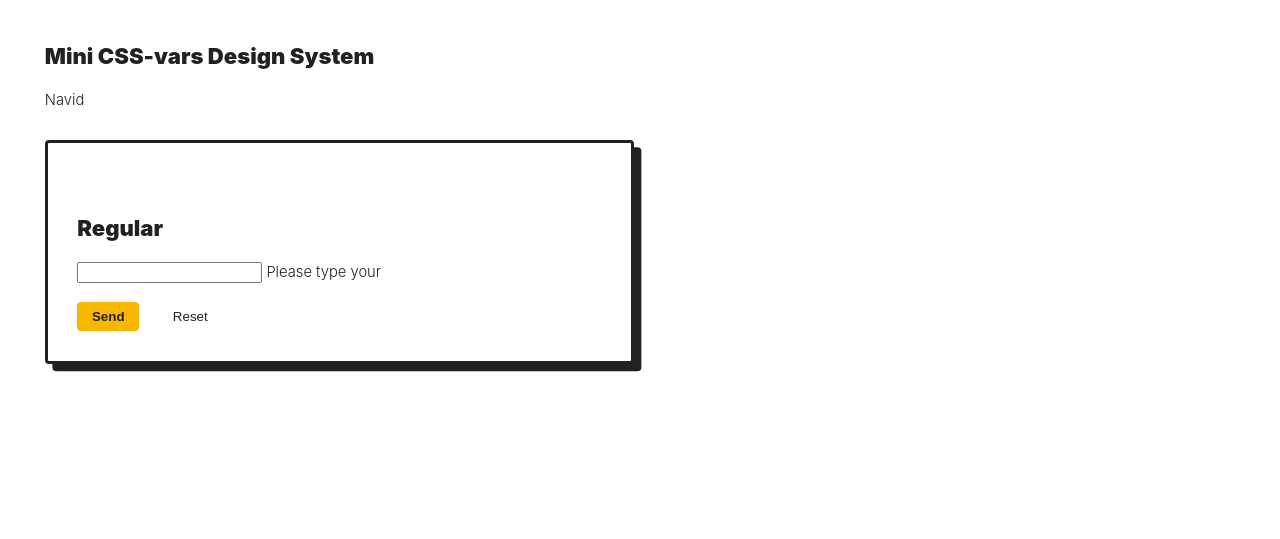
Repository: navid-amini12/capstone-1
Page: quiz.html
An editor plug-in stored every save of this project. The page is shown before and after a run of saves, followed by the edit.
The browser window is 1280 px wide. The pictures show the whole page.
Some web fonts or font styles are not loaded; a fallback is used.

Above is the page before, as saved 2022-05-17 12:20:07.

### quiz.html

<head>
    <link rel="stylesheet" href="quiz.css">
    </head>

<article class="l-design-widht">
    <h1>Mini CSS-vars Design System</h1>

   <p>Navid</p>

    <div class="card">
      <h2><svg class="icon" aria-hidden="true">
        <h2>Regular</h2>
      <label class="input">
        <input class="input__field" type="text" placeholder=" " />
        <span class="input__label">Please type your</span>
      </label>
      <div class="button-group">
        <button>Send</button>
        <button type="reset">Reset</button>
      </div>
    </div>



  <svg xmlns="http://www.w3.org/2000/svg" class="hidden">
    <symbol id="icon-coffee" viewBox="0 0 20 20">
      <title>icon-coffee</title>
      <path fill="currentColor" d="M15,17H14V9h3a3,3,0,0,1,3,3h0A5,5,0,0,1,15,17Zm1-6v3.83A3,3,0,0,0,18,12a1,1,0,0,0-1-1Z"/>
      <rect fill="currentColor" x="1" y="7" width="15" height="12" rx="3" ry="3"/>
      <path fill="var(--color-accent)" d="M7.07,5.42a5.45,5.45,0,0,1,0-4.85,1,1,0,0,1,1.79.89,3.44,3.44,0,0,0,0,3.06,1,1,0,0,1-1.79.89Z"/>
      <path fill="var(--color-accent)" d="M3.07,5.42a5.45,5.45,0,0,1,0-4.85,1,1,0,0,1,1.79.89,3.44,3.44,0,0,0,0,3.06,1,1,0,1,1-1.79.89Z"/>
      <path fill="var(--color-accent)" d="M11.07,5.42a5.45,5.45,0,0,1,0-4.85,1,1,0,0,1,1.79.89,3.44,3.44,0,0,0,0,3.06,1,1,0,1,1-1.79.89Z"/>
    </symbol>
  </svg>

### quiz.css
@import url('https://rsms.me/inter/inter.css');

:root {
  --color-light: white;
  --color-dark: #212121;
  --color-signal: #fab700;

  --color-background: var(--color-light);
  --color-text: var(--color-dark);
  --color-accent: var(--color-signal);

  --size-bezel: .5rem;
  --size-radius: 4px;

  line-height: 1.4;

  font-family: 'Inter', sans-serif;
  font-size: calc(.6rem + .4vw);
  color: var(--color-text);
  background: var(--color-background);
  font-weight: 300;
  padding: 0 calc(var(--size-bezel) * 3);
}

h1, h2, h3 {
  font-weight: 900;
}

mark {
  background: var(--color-accent);
  color: var(--color-text);
  font-weight: bold;
  padding: 0 0.2em;
}

.card {
  background: var(--color-background);
  padding: calc(4 * var(--size-bezel));
  margin-top: calc(4 * var(--size-bezel));
  border-radius: var(--size-radius);
  border: 3px solid var(--color-shadow, currentColor);
  box-shadow: .5rem .5rem 0 var(--color-shadow, currentColor);




  *:first-child {
    margin-top: 0;
  }
}


.l-design-widht {
  max-width: 40rem;
  padding: 1rem;
}

.input {
  position: relative;

  &__label {
    position: absolute;
    left: 0;
    top: 0;
    padding: calc(var(--size-bezel) * 0.75) calc(var(--size-bezel) * .5);
    margin: calc(var(--size-bezel) * 0.75 + 3px) calc(var(--size-bezel) * .5);
    background: pink;
    white-space: nowrap;
    transform: translate(0, 0);
    transform-origin: 0 0;
    background: var(--color-background);
    transition: transform 120ms ease-in;
    font-weight: bold;
    line-height: 1.2;
  }
  &__field {
    box-sizing: border-box;
    display: block;
    width: 100%;
    border: 3px solid currentColor;
    padding: calc(var(--size-bezel) * 1.5) var(--size-bezel);
    color: currentColor;
    background: transparent;
    border-radius: var(--size-radius);

    &:focus,
    &:not(:placeholder-shown) {
      & + .input__label {
        transform: translate(.25rem, -65%) scale(.8);
        color: var(--color-accent);
      }
    }
  }
}


.button-group {
  margin-top: calc(var(--size-bezel) * 2.5);
}

button {
  color: currentColor;
  padding: var(--size-bezel) calc(var(--size-bezel) * 2);
  background: var(--color-accent);
  border: none;
  border-radius: var(--size-radius);
  font-weight: 900;

  &[type=reset]{
    background: var(--color-background);
    font-weight: 200;
  }
}

button + button {
  margin-left: calc(var(--size-bezel) * 2);
}

.icon {
  display: inline-block;
  width: 1em; height: 1em;
  margin-right: .5em;
}

.hidden {
  display: none;
}

After the next 4 saves:
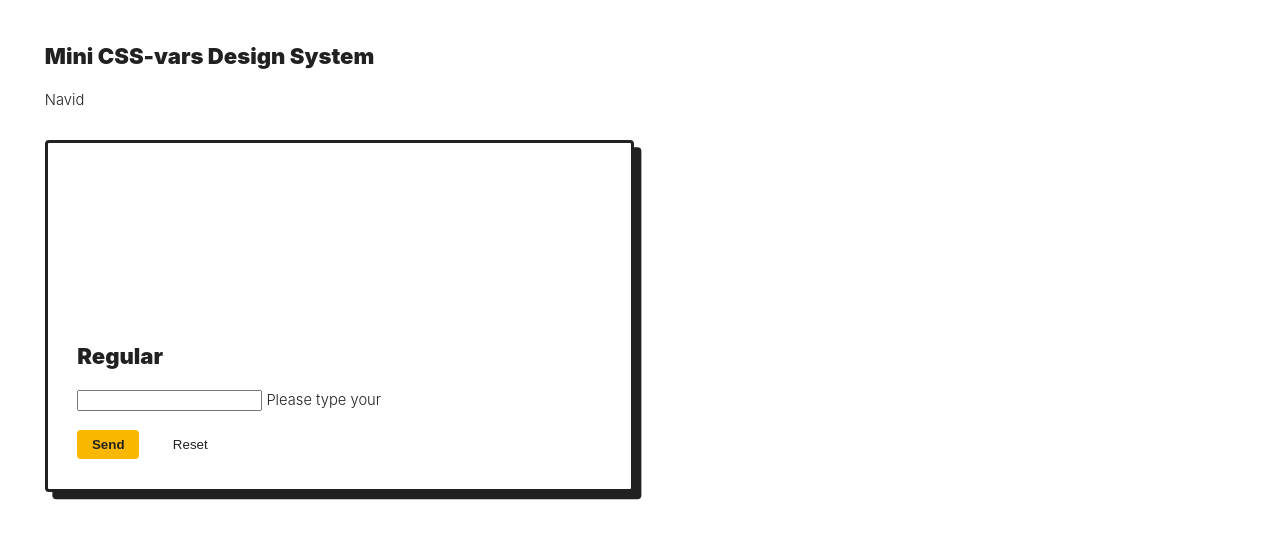
The 4 saves are shown as one change because they came seconds apart.
The last was saved 11 s later.
--- a/quiz.css
+++ b/quiz.css
@@ -115,13 +115,3 @@ button {
 button + button {
   margin-left: calc(var(--size-bezel) * 2);
 }
-
-.icon {
-  display: inline-block;
-  width: 1em; height: 1em;
-  margin-right: .5em;
-}
-
-.hidden {
-  display: none;
-}

After the 2 saves that followed:
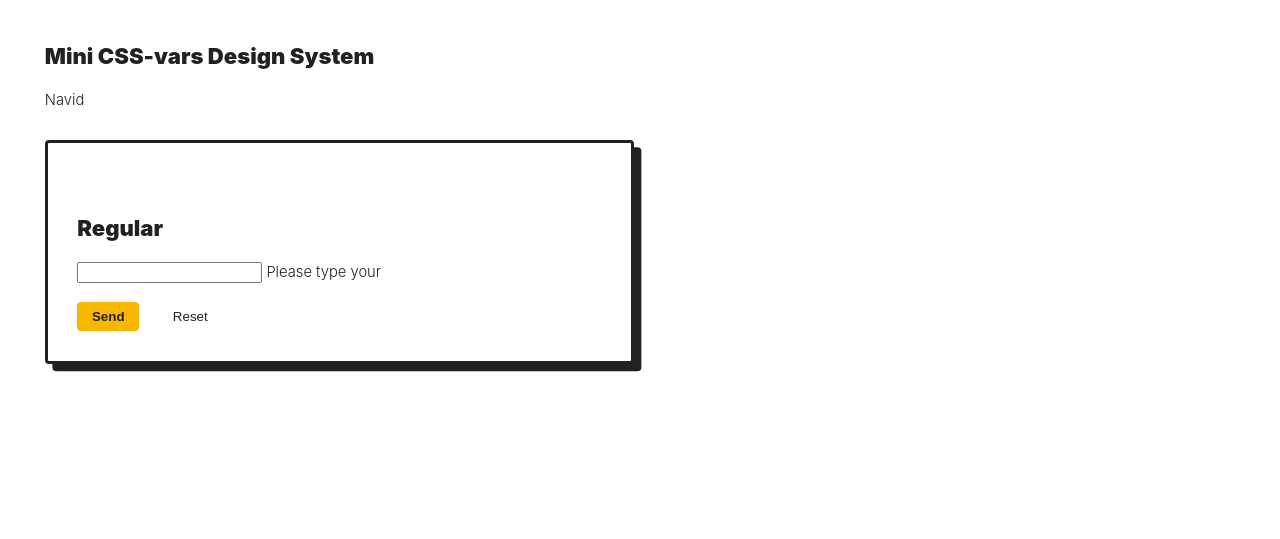
The 2 saves are shown as one change because they came seconds apart.
The last was saved 9 s later.
--- a/quiz.css
+++ b/quiz.css
@@ -115,3 +115,9 @@ button {
 button + button {
   margin-left: calc(var(--size-bezel) * 2);
 }
+
+.icon {
+  display: inline-block;
+  width: 3em; height: 1em;
+  margin-right: .5em;
+}
